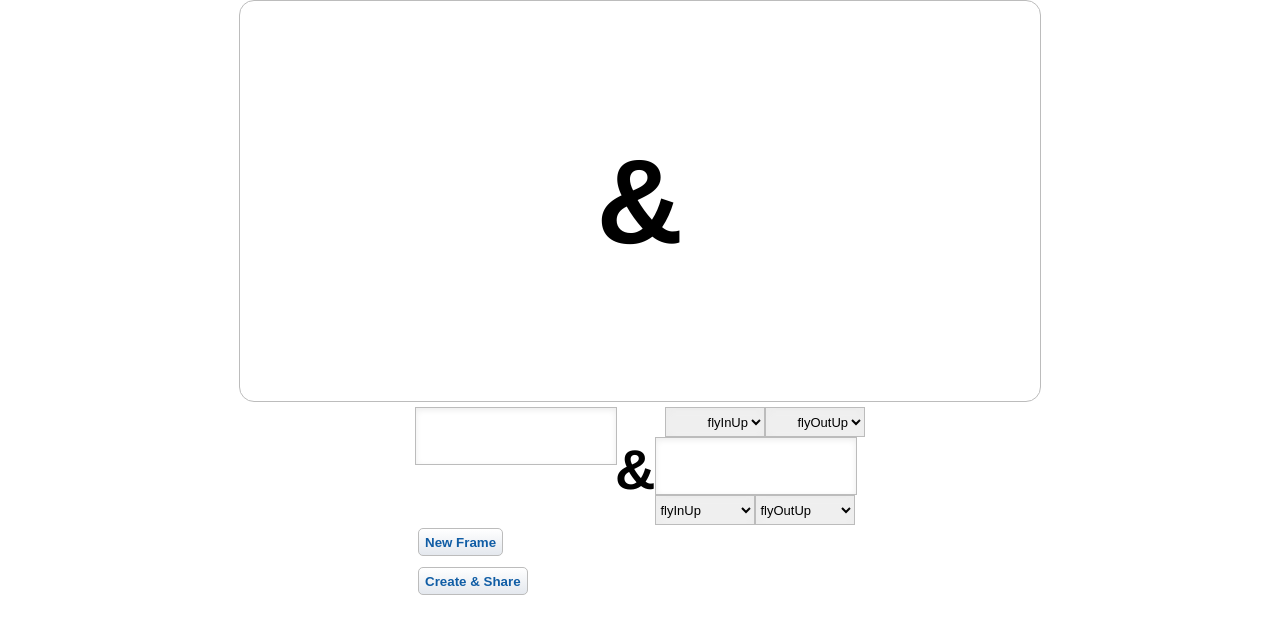
Repository: markis/cratification.com
Page: views/index.html
The author's editor kept a copy of each file at every save. The page is drawn from the files as they stood at one save, then again after the next save.
The browser window is 1280 px wide. The pictures show the whole page.
Some web libraries are served in a nearby version.

Above is the page before, as saved 2012-08-06 14:11:57.

### views/index.html
<!DOCTYPE html>
<html>
<head>
<title>Cratification</title>
<link type="text/css" rel="stylesheet" href="/css/styles.css" />
</head>
<body>
<div id="test-container">
<span id="ampersand">&amp;</span>
</div>
<form id="entry-form">
<div id="entry"></div>
</form>

<script type="text/javascript" src="//ajax.googleapis.com/ajax/libs/jquery/1.7.2/jquery.js"></script>
<script type="text/javascript" src="//ajax.googleapis.com/ajax/libs/jqueryui/1.8.21/jquery-ui.js"></script>
<script type="text/javascript" src="/js/cratify.js"></script>
<script type="text/javascript" src="/js/index.js"></script>
</body>
</html>

### public/css/styles.css
body,html {
    padding: 0px;
    margin: 0px;
    font-family: Helvetica, Arial, sans-serif;
    color: #000;
}

input[type="text"]
{
    margin: auto;
    border: solid 1px #BCBCBC;
    -webkit-box-shadow: 0 2px 6px #ECECEC inset;
    box-shadow: 0 2px 6px #ECECEC inset;
    box-sizing: content-box;
    color: black;
    font-size: 50px;
    font-weight: bold;
    height: 56px;
    line-height: 28px;
    margin: 0;
    padding: 0 5px;
    width: 190px;
    float: left;
}
button,
input[type="button"]
{
    border: solid 1px #BCBCBC;
    background-color: #FAFAFA;
    background-image: -moz-linear-gradient(top,#FFF,#E4E8EE);
    background-image: -ms-linear-gradient(top,#FFF,#E4E8EE);
    background-image: -o-linear-gradient(top,#FFF,#E4E8EE);
    background-image: -webkit-gradient(linear,0% 0%,0% 100%,from(#FFF),to(#E4E8EE));
    background-image: -webkit-linear-gradient(top, #FFF, #E4E8EE);
    border-radius: 5px;
    color: #105DA5;
    font-weight: bold;
    height: 28px;
    margin: 3px;
}
select {
    border: solid 1px #BCBCBC;
    -webkit-box-shadow: 0 2px 6px #ECECEC inset;
    box-shadow: 0 2px 6px #ECECEC inset;
    color: black;
    font-size: 13px;
    height: 30px;
    line-height: 30px;
    margin: 0px;
    width: 100px;
}

/* index page */
#wrapper {
    width: 800px;
    border: 1px solid BCBCBC;
    border-radius: 15px;
    margin: 50px auto;
    background-color: #BCBCBC;
}
#test-container {
    width: 800px;
    height: 400px;
    border: 1px solid #BCBCBC;
    border-radius: 15px;
    margin: auto;
    background-color: #FFF;
}
#entry-form {
    width: 450px;
    margin: auto;
    padding-top: 5px;
}
.frame {
    padding-bottom: 5px;
}
.removeRow {
    color: red;
}
.left {
    text-align: right;
}
.side {
    width: 200px;
    float: left;
}
.ampersand {
    font-family: helvetica;
    font-weight: bold;
    font-size: 56px;
    line-height: initial;
    float: left;
}

### public/js/cratify.js
function Cratify(data, container, ampersand, autoRun, animationsObj) {
    this.data = data;
    this.$container = container ? container : $("<div />").css({"overflow": "hidden", width: $(window).width(), height: $(window).height() }).appendTo("body");
    this.$ampersand = ampersand ? ampersand : $("<span />").html("&").css({position:"relative"}).appendTo(this.$container);
    //winHeight = $container.height();
    this.$container.css({"overflow": "hidden", fontFamily:"helvetica", fontWeight: "bold", fontSize: 120});
    this.$ampersand.css("position", "absolute");
    this.$ampersand.position({
        my: "center",
        at: "center",
        of: this.$container
    });

    this.Animations = animationsObj || Animations;

    if (autoRun !== false)
    {
        this.queueAnimations();
        this.runAnimations();
    }
}

Cratify.prototype.queueAnimations = function() {
    var left = 0;
    var right = 0;
    for (var i=0; i<this.data.length; i++)
    {
        $('body')
        // left side
        .delay(1000, 'leftChain')
        .queue('leftChain', queueLeftIn)
        .delay(1000, 'leftChain')
        .queue('leftChain', queueLeftOut)
        // right side
        .delay(1000, 'rightChain')
        .queue('rightChain', queueRightIn)
        .delay(1000, 'rightChain')
        .queue('rightChain', queueRightOut);
    }

    var data = this.data;
    var Animations = new this.Animations(this.$container, this.$ampersand);

    // These functions are defined as such, so that we don't define
    // anonymous functions in a for loop
    function queueLeftIn(next){
        var animation = data[left].left;
        animation.inOut = 'in';
        animation.leftRight = 'left';
        Animations.runAnimation(animation, next);
    }
    function queueLeftOut(next){
        var animation = data[left].left;
        animation.inOut = 'out';
        animation.leftRight = 'left';
        Animations.runAnimation(animation, next);
        left++;
    }
    function queueRightIn(next){
        var rightInAnimation = data[right].right;
        rightInAnimation.inOut = 'in';
        rightInAnimation.leftRight = 'right';
        Animations.runAnimation(rightInAnimation, next);
    }
    function queueRightOut(next) {
        var rightOutAnimation = data[right].right;
        rightOutAnimation.inOut = 'out';
        rightOutAnimation.leftRight = 'right';
        Animations.runAnimation(rightOutAnimation, next);
        right++;
    }
}

Cratify.prototype.runAnimations = function() {
    $('body').queue('leftChain');
    $('body').dequeue('leftChain');

    $('body').queue('rightChain');
    $('body').dequeue('rightChain');
}


/********************************************************************

    Define Animations

********************************************************************/
function Animations($container, $ampersand) {
    this.$container = $container;
    this.$ampersand = $ampersand;
}

Animations.prototype = {
    runAnimation : function(animation, next) {
        var animateIn = this['in'];
        var animateOut = this.out;
        var $container = this.$container;
        var $ampersand = this.$ampersand;

        if (animation.inOut == 'out') {
            var fxOut = animateOut[animation.animationOut];
            if (fxOut) {
                fxOut(animation, $container, $ampersand, next);
            } else {
                animateOut.flyOutDown(animation, $container, $ampersand, next);
            }
        } else {
            var fxIn = animateIn[animation.animationIn];
            if (fxIn) {
                fxIn(animation, $container, $ampersand, next);
            } else {
                animateOut.flyInDown(animation, $container, $ampersand, next);
            }
        }
    },
    'in' : {

        flyInUp : function(animation, $container, $ampersand, next) {
            var endPos;
            animation.element = $("<span />").html(animation.text).css({position:"relative"}).appendTo($container)
            .position({
                my: "top",
                at: "bottom",
                of: $container
            })
            // end position
            .position({
                my: animation.leftRight==='right'?"left center":"right center",
                at: animation.leftRight==='right'?"right center":"left center",
                of: $ampersand,
                using: function (pos) { endPos = pos }
            })
            .css({left:endPos.left})
            .animate({top: endPos.top}, {duration:1000, queue:false, complete: next});
        },

        flyInDown : function(animation, $container, $ampersand, next) {
            var endPos;
            animation.element = $("<span />").html(animation.text).css({position:"relative"}).appendTo($container)
            // start position
            .position({
                my: "bottom",
                at: "top",
                of: $container
            })
            // end position
            .position({
                my: animation.leftRight==='right'?"left center":"right center",
                at: animation.leftRight==='right'?"right center":"left center",
                of: $ampersand,
                using: function (pos) { endPos = pos; }
            })
            .css({left:endPos.left})
            .animate({top: endPos.top}, {duration:1000, queue:false, complete: next});
        },

        flyInLeft : function(animation, $container, $ampersand, next) {
            var endPos;
            var element = animation.element = $("<span />").html(animation.text).css({position:"relative"}).appendTo($container);
            // start position
            element.position({
                my: "right center",
                at: "left center",
                of: $container
            })
            // end position
            .position({
                my: animation.leftRight==='right'?"left center":"right center",
                at: animation.leftRight==='right'?"right center":"left center",
                of: $ampersand,
                using: function (pos) { endPos = pos; }
            })
            //.css({visibility:"visible"}) //, left: element.width() * 2 * -1, top: pos.top})
            .animate({left: endPos.left}, {duration:1000, queue:false, complete: next});
        },

        flyInRight : function(animation, $container, $ampersand, next) {
            var endPos;
            var element = animation.element = $("<span />").html(animation.text).css({position:"relative"}).appendTo($container);
            element
            // start position
            .position({
                my: "left center",
                at: "right center",
                of: $container,
                using: function (startPos) {
                    // I am not sure why the positioning math always put the element on the right side during
                    // testing, but I compensated for it with this little winWidth and element.width() addition
                    startPos.left = startPos.left + $container.width() + element.width();
                    element.css(startPos); }
            })
            // end position
            .position({
                my: animation.leftRight==='right'?"left center":"right center",
                at: animation.leftRight==='right'?"right center":"left center",
                of: $ampersand,
                using: function (pos) { endPos = pos; }
            })
            //.css({visibility:"visible"}) //, left: (element.width() * 2) + winWidth, top: pos.top})
            .animate({left: endPos.left}, {duration:1000, queue:false, complete: next});
        },

        flyInSlot : function(animation, $container, $ampersand, next) {
            var endPos, bottomPos, topPos;
            var element = animation.element = $("<span />").html(animation.text).css({visibility:"hidden",position:"relative"}).appendTo($container);
            element
            .position({
                my: animation.leftRight==='right'?"left center":"right center",
                at: animation.leftRight==='right'?"right center":"left center",
                of: $ampersand,
                using: function (pos) { endPos = pos; }
            })
            // bottom of the container position
            .position({
                my: "bottom",
                at: "top",
                of: $container,
                using: function (pos) { bottomPos = pos; }
            })
            // top of the container position
            .position({
                my: "top",
                at: "bottom",
                of: $container,
                using: function (pos) { topPos = pos; }
            })
            .css({visibility:"visible", left: endPos.left, top: topPos.top })
                .animate({left: endPos.left},
                   {duration:200, queue:false, complete: function() {
                       element.css({top: topPos.top })
                       .animate({top: bottomPos.top},
                            {duration:200, queue:false, complete: function() {
                                element.css({top: topPos.top })
                                .animate({top: bottomPos.top},
                                    {duration:200, queue:false, complete: function() {
                                        element.css({top: topPos.top })
                                        .animate({top: endPos.top},
                                            {duration:200, queue:false, complete: function() {
                                                next();
                                        }});
                                }});
                       }});
                }});
        },

        fadeIn : function(animation, $container, $ampersand, next) {
            animation.element = $("<span />").html(animation.text).css({position:"relative"}).appendTo($container)
            .position({
                my: animation.leftRight==='right'?"left center":"right center",
                at: animation.leftRight==='right'?"right center":"left center",
                of: $ampersand
            }).hide().fadeIn(1000, next);
        }

    },
    out : {

        flyOutUp : function(animation, $container, $ampersand, next) {
            function flyOutUpCompleteAnimate () {
                var targetElement = animation.element[0];
                delete animation.element;
                $container[0].removeChild(targetElement);
                next();
            }
            function flyOutUpAnimate (pos) {
                animation.element.animate({top: pos.top}, {duration:1000, queue:false, complete: flyOutUpCompleteAnimate});
            }
            animation.element.position({
                my: "bottom",
                at: "top",
                of: $container,
                using: flyOutUpAnimate
            });
        },

        flyOutDown : function(animation, $container, $ampersand, next) {
            function flyOutDownCompleteAnimate () {
                var targetElement = animation.element[0];
                delete animation.element;
                $container[0].removeChild(targetElement);
                next();
            }
            function flyOutDownAnimate (pos) {
                animation.element.animate({top: pos.top}, {duration:1000, queue:false, complete: flyOutDownCompleteAnimate});
            }
            animation.element.position({
                my: "top",
                at: "bottom",
                of: $container,
                using: flyOutDownAnimate
            });
        },

        flyOutLeft : function(animation, $container, $ampersand, next) {
            function completeAnimate () {
                var targetElement = animation.element[0];
                delete animation.element;
                $container[0].removeChild(targetElement);
                next();
            }
            function animate (pos) {
                animation.element.animate({left: pos.left}, {duration:1000, queue:false, complete: completeAnimate});
            }
            animation.element.position({
                my: "right",
                at: "left",
                of: $container,
                using: animate
            });
        },

        flyOutRight : function(animation, $container, $ampersand, next) {
            function completeAnimate () {
                var targetElement = animation.element[0];
                delete animation.element;
                $container[0].removeChild(targetElement);
                next();
            }
            function animate (pos) {
                animation.element.animate({left: pos.left}, {duration:1000, queue:false, complete: completeAnimate});
            }
            animation.element.position({
                my: "right",
                at: "left",
                of: $container,
                using: animate
            });
        },

        fadeOut : function(animation, $container, $ampersand, next) {
            var element = animation.element;
            element.fadeOut(1000, function () {
                delete animation.element;
                $container[0].removeChild(element[0]);
                next();
            });
        }
    }
};

### public/js/index.js
$(function() {
    AddNewRow();
    $("<button />").html("Create & Share").appendTo($("#entry-form")).click(SaveData);
    var $container = $("#test-container");
    var $ampersand = $("#ampersand");
    var data = [
      {
        "left": {
          "text": "Crate",
          "animationIn": "flyInLeft",
          "animationOut": "flyOutLeft"
        },
        "right": {
          "text": "Barrel",
          "animationIn": "flyInUp",
          "animationOut": "flyOutLeft"
        }
      },
      {
        "left": {
          "text": "Create your",
          "animationIn": "flyInUp",
          "animationOut": "stop"
        },
        "right": {
          "text": "own story",
          "animationIn": "flyInRight",
          "animationOut": "stop"
        }
      }
    ];
    new Cratify(data, $container, $ampersand);
});

function AddNewRow(event) {
    var row = $("<div />").addClass("frame");
    if (event) {
        row.insertAfter($(event.target).closest(".frame"));
    } else {
        row.appendTo($("#entry"));
    }

    var leftSide = $("<div />").addClass("left").addClass("side").appendTo(row);
    var leftoptions = $("<div />").addClass("left").addClass("options").appendTo(row);
    CreateInDropDown().addClass("left").appendTo(leftoptions);
    CreateOutDropDown().addClass("left").appendTo(leftoptions);
    $("<input />").attr({type:"text"}).addClass("left").appendTo(leftSide);


    $("<span />").addClass("ampersand").html("&amp;").appendTo(row);

    var rightSide = $("<div />").addClass("right").addClass("side").appendTo(row);
    $("<input />").attr({type:"text"}).addClass("right").appendTo(rightSide);
    var rightoptions = $("<div />").addClass("right").addClass("options").appendTo(row);
    CreateInDropDown().addClass("right").appendTo(rightoptions);
    CreateOutDropDown().addClass("right").appendTo(rightoptions);

    $("<div />").css({clear:"both"}).appendTo(row);
    $("<button />").html("New Frame").addClass("addRow").click(AddNewRow).appendTo(row);
    if (event) {
        $("<button />").html("Remove Frame").addClass("removeRow").click(RemoveRow).appendTo(row);
    }
    return false;
}

function AddNewRowByButton(event) {
    $(event.target).parent()[0].removeChild(event.target);
    AddNewRow();
}

function RemoveRow(event) {
    var row = $(event.target).closest(".frame");
    row.parent()[0].removeChild(row[0]);
    return false;
}

function CreateInDropDown() {
    var $dropDown = $("<select />").addClass("animationIn");
    for (animation in Animations.prototype["in"])
    {
        $dropDown.append(new Option(animation, animation, false, false));
    }
    return $dropDown;
}
function CreateOutDropDown() {
    var $dropDown = $("<select />").addClass("animationOut");
    for (animation in Animations.prototype["out"])
    {
        $dropDown.append(new Option(animation, animation, false, false));
    }
    return $dropDown;
}

function GetData() {
    var data = [];
    $("#entry > div").each(function (idx, elem) {
        var $elem = $(elem);
        var leftText = $elem.find("input.left").val();
        var leftAnimationIn = $elem.find("select.animationIn.left").val();
        var leftAnimationOut = $elem.find("select.animationOut.left").val();

        var rightText = $elem.find("input.right").val();
        var rightAnimationIn = $elem.find("select.animationIn.right").val();
        var rightAnimationOut = $elem.find("select.animationOut.right").val();

        data.push({
            "left": {
              "text": leftText,
              "animationIn": leftAnimationIn,
              "animationOut": leftAnimationOut
            },
            "right": {
              "text": rightText,
              "animationIn": rightAnimationIn,
              "animationOut": rightAnimationOut
            }
        });
    });
    return data;
}

function SaveData() {
    var data = GetData();
    $.ajax({
        type: 'POST',
        url:'/animation',
        data: {animations:data},
        dataType:'json',
        success: SaveDataComplete
    });
    return false;
}

function SaveDataComplete(data) {
   if (data.success)
        window.location='/view/'+data.id;
}

function TestData() {
    var data = GetData();
    var $container = $("#test-container");
    var $ampersand = $("#ampersand");
    new Cratify(data, $container, $ampersand);
    return false;
}

### public/css/index.css
body,html {
    padding: 0px;
    margin: 0px;
    font-family: Helvetica, Arial, sans-serif;
    color: #000;
}

input[type="text"]
{
    margin: auto;
    border: solid 1px #BCBCBC;
    -webkit-box-shadow: 0 2px 6px #ECECEC inset;
    box-shadow: 0 2px 6px #ECECEC inset;
    box-sizing: content-box;
    color: black;
    font-size: 50px;
    font-weight: bold;
    height: 56px;
    line-height: 28px;
    margin: 0;
    padding: 0 5px;
    width: 190px;
    float: left;
}
button,
input[type="button"]
{
    border: solid 1px #BCBCBC;
    background-color: #FAFAFA;
    background-image: -moz-linear-gradient(top,#FFF,#E4E8EE);
    background-image: -ms-linear-gradient(top,#FFF,#E4E8EE);
    background-image: -o-linear-gradient(top,#FFF,#E4E8EE);
    background-image: -webkit-gradient(linear,0% 0%,0% 100%,from(#FFF),to(#E4E8EE));
    background-image: -webkit-linear-gradient(top, #FFF, #E4E8EE);
    border-radius: 5px;
    color: #105DA5;
    font-weight: bold;
    height: 28px;
    margin: 3px;
}
select {
    border: solid 1px #BCBCBC;
    -webkit-box-shadow: 0 2px 6px #ECECEC inset;
    box-shadow: 0 2px 6px #ECECEC inset;
    color: black;
    font-size: 13px;
    height: 30px;
    line-height: 30px;
    margin: 0px;
    width: 100px;
}

/* index page */
#wrapper {
    width: 800px;
    border: 1px solid BCBCBC;
    border-radius: 15px;
    margin: 50px auto;
    background-color: #BCBCBC;
}
#test-container {
    width: 800px;
    height: 400px;
    background-color: #FFF;
    border: 1px solid #BCBCBC;
    border-radius: 15px;
    font-size: 64px;
    font-weight: bold;
    margin: auto;
    overflow: hidden;
}
#entry-form {
    margin: 5px;
    padding-top: 5px;
}
.frame {
    padding-bottom: 5px;
    clear: both;
}
.removeRow {
    color: red;
}
.left {
    text-align: right;
}
.side {
    width: 200px;
    float: left;
}
.options {
    width: 100px;
    float: left;
}
.ampersand {
    font-family: helvetica;
    font-weight: bold;
    font-size: 56px;
    line-height: initial;
    float: left;
}

Loaded but not shown: public/css/bootstrap.css (library)

After the next save:
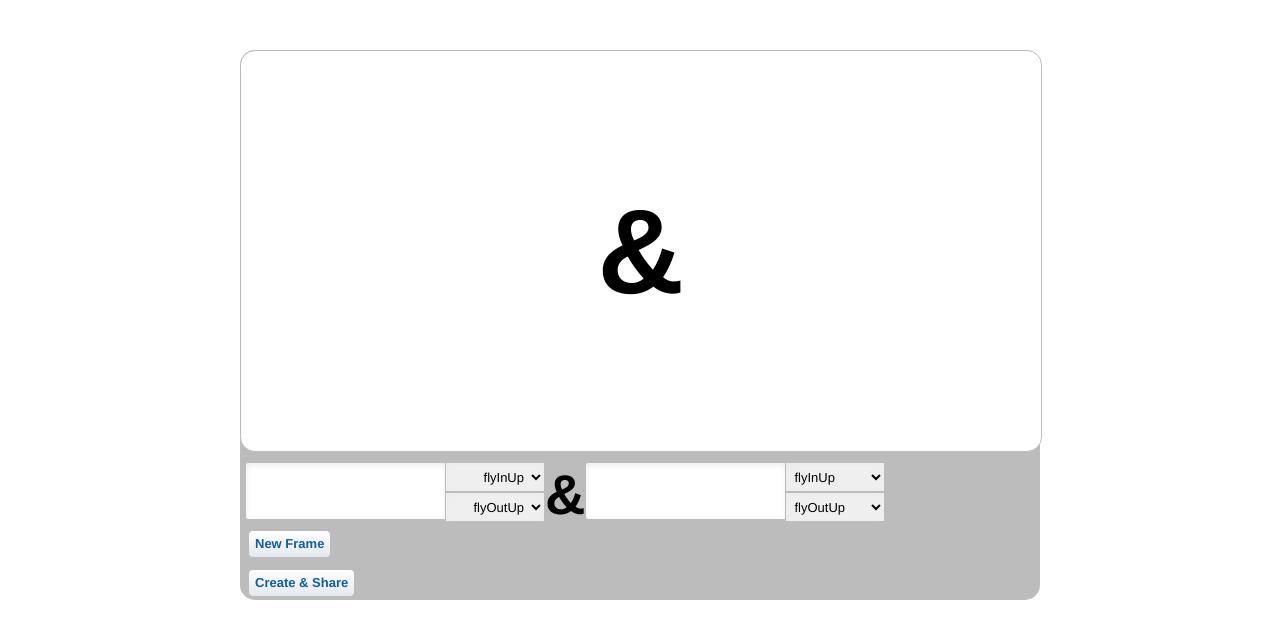
Saved 396 days later.
--- a/views/index.html
+++ b/views/index.html
@@ -2,15 +2,20 @@
 <html>
 <head>
 <title>Cratification</title>
-<link type="text/css" rel="stylesheet" href="/css/styles.css" />
+<link type="text/css" rel="stylesheet" href="/css/bootstrap.css" />
+<link type="text/css" rel="stylesheet" href="/css/index.css" />
+
+
 </head>
 <body>
+<div id="wrapper">
 <div id="test-container">
 <span id="ampersand">&amp;</span>
 </div>
 <form id="entry-form">
 <div id="entry"></div>
 </form>
+</div>
 
 <script type="text/javascript" src="//ajax.googleapis.com/ajax/libs/jquery/1.7.2/jquery.js"></script>
 <script type="text/javascript" src="//ajax.googleapis.com/ajax/libs/jqueryui/1.8.21/jquery-ui.js"></script>
